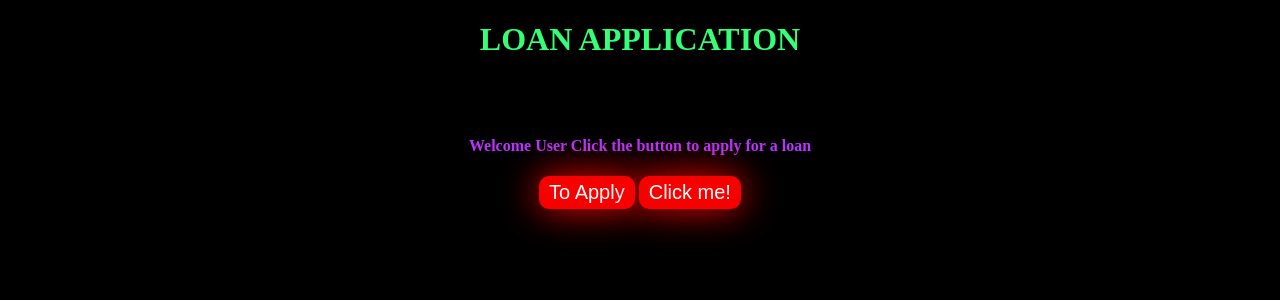
Repository: vinodkumarr269/microservices
Page: http://localhost/MicroServiceProducer/Application.jsp
An editor plug-in stored every save of this project. The page is shown before and after the next save, followed by the edit.
The browser window is 1280 px wide. The pictures show the whole page.
The page is served by Tomcat 9.

Above is the page before, as saved 2019-10-17 18:19:27.

After the next save:
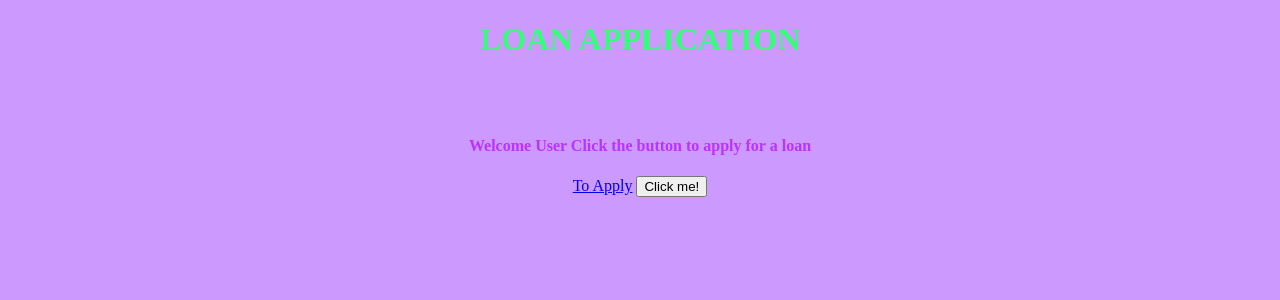
Saved 52 min 50 s later.
--- a/microservice/MicroServiceProducer/src/main/webapp/Application.jsp
+++ b/microservice/MicroServiceProducer/src/main/webapp/Application.jsp
@@ -2,51 +2,11 @@
     pageEncoding="ISO-8859-1"%>
 <!DOCTYPE html>
 <html>
+<head>
+<meta charset="ISO-8859-1">
+<title>Application</title>
 <style>
-body {
-  background: black;
-}
-.button {
-  background-color: #004A7F;
-  -webkit-border-radius: 10px;
-  border-radius: 10px;
-  border: none;
-  color: #FFFFFF;
-  cursor: pointer;
-  display: inline-block;
-  font-family: Arial;
-  font-size: 20px;
-  padding: 5px 10px;
-  text-align: center;
-  text-decoration: none;
-  -webkit-animation: glowing 1500ms infinite;
-  -moz-animation: glowing 1500ms infinite;
-  -o-animation: glowing 1500ms infinite;
-  animation: glowing 1500ms infinite;
-}
-@-webkit-keyframes glowing {
-  0% { background-color: #B20000; -webkit-box-shadow: 0 0 3px #B20000; }
-  50% { background-color: #FF0000; -webkit-box-shadow: 0 0 40px #FF0000; }
-  100% { background-color: #B20000; -webkit-box-shadow: 0 0 3px #B20000; }
-}
 
-@-moz-keyframes glowing {
-  0% { background-color: #B20000; -moz-box-shadow: 0 0 3px #B20000; }
-  50% { background-color: #FF0000; -moz-box-shadow: 0 0 40px #FF0000; }
-  100% { background-color: #B20000; -moz-box-shadow: 0 0 3px #B20000; }
-}
-
-@-o-keyframes glowing {
-  0% { background-color: #B20000; box-shadow: 0 0 3px #B20000; }
-  50% { background-color: #FF0000; box-shadow: 0 0 40px #FF0000; }
-  100% { background-color: #B20000; box-shadow: 0 0 3px #B20000; }
-}
-
-@keyframes glowing {
-  0% { background-color: #B20000; box-shadow: 0 0 3px #B20000; }
-  50% { background-color: #FF0000; box-shadow: 0 0 40px #FF0000; }
-  100% { background-color: #B20000; box-shadow: 0 0 3px #B20000; }
-}
 </style>
 </head>
 <body bgcolor="#cc99ff">
